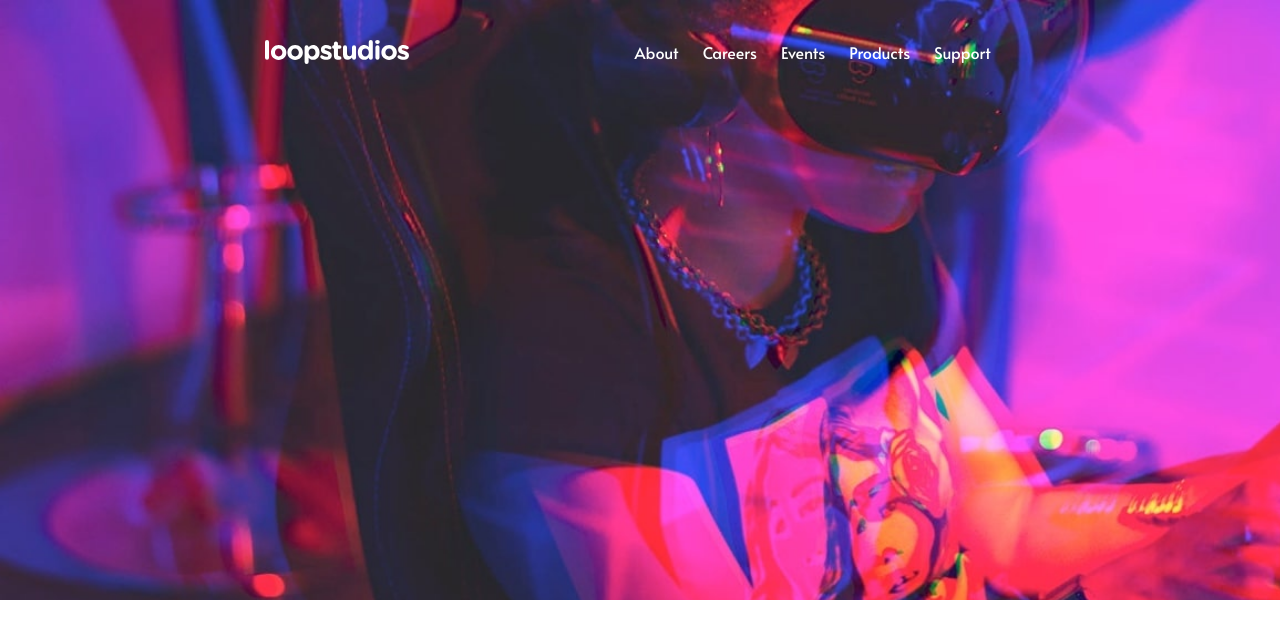
Repository: gligor99/loopstudios-fm
Page: /
The author's editor kept a copy of each file at every save. The page is drawn from the files as they stood at one save, then again after a run of saves.
The browser window is 1280 px wide. The pictures show the whole page.
The project was rebuilt for these pictures with package versions that can differ from the ones it lists, and the page was loaded fresh each time.

Above is the page before, as saved 2021-11-28 15:10:49.

After the next 2 saves:
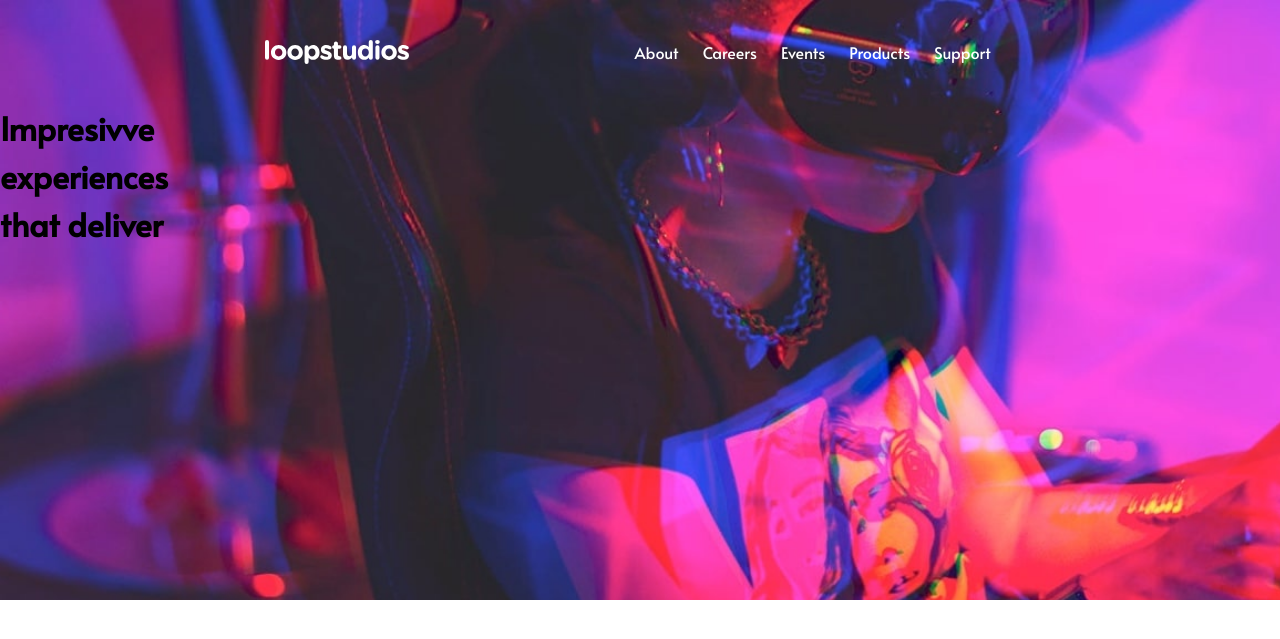
The 2 saves are shown as one change because they came seconds apart.
The last was saved 78 s later.
--- a/src/components/Hero/Hero.jsx
+++ b/src/components/Hero/Hero.jsx
@@ -6,6 +6,12 @@ const Hero = () => {
   return (
     <div className="container">
       <Navbar />
+      <div className="container-content">
+        <h1>
+          Impresivve <br /> experiences <br />
+          that deliver
+        </h1>
+      </div>
     </div>
   );
 };
